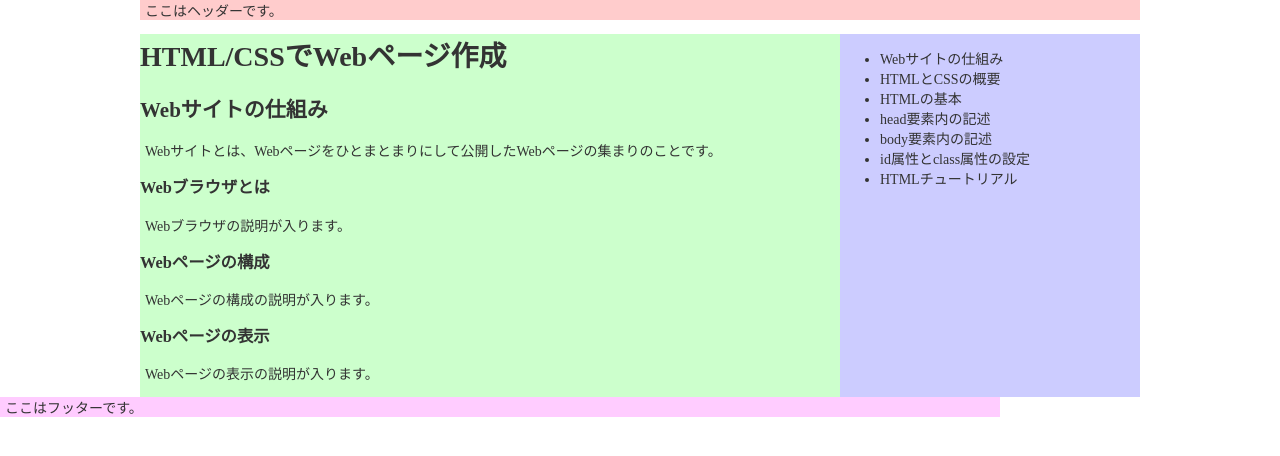
Repository: Naonaka-Saino/first-git
Page: lesson-htmlcss/kadai-html.html
The author's editor kept a record of every edit. The page is drawn from the files as they stood at one moment, then again after the next edit.
The browser window is 1280 px wide. The pictures show the whole page.

Above is the page before.

After the next edit:
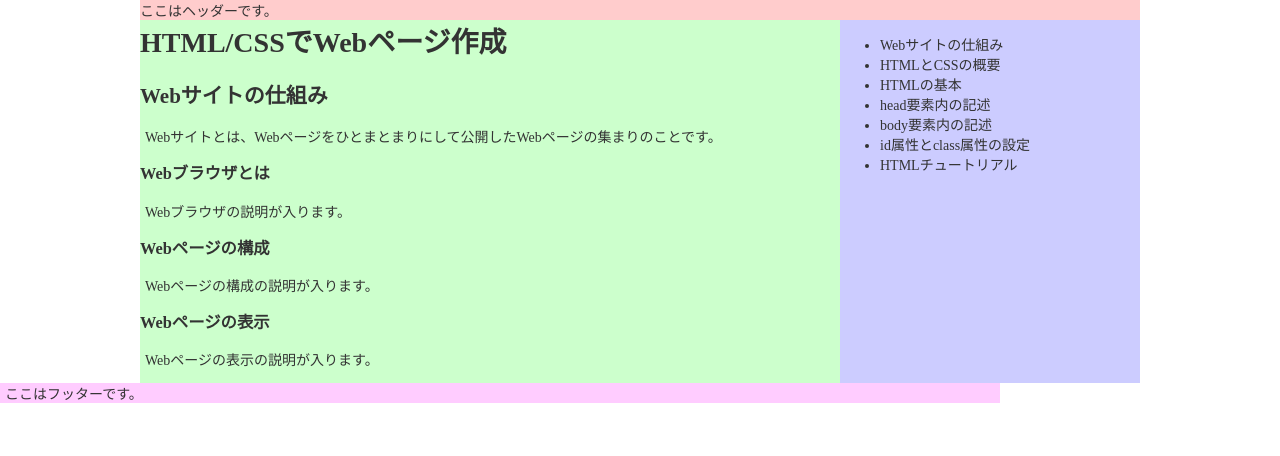
The edit:
--- a/lesson-htmlcss/kadai-css.css
+++ b/lesson-htmlcss/kadai-css.css
@@ -23,6 +23,10 @@
     background-color:#ffcccc;
 }
 
+header p{
+    margin:0;
+}
+
 #wrapper{
     width:1000px;
     margin:0 auto;
